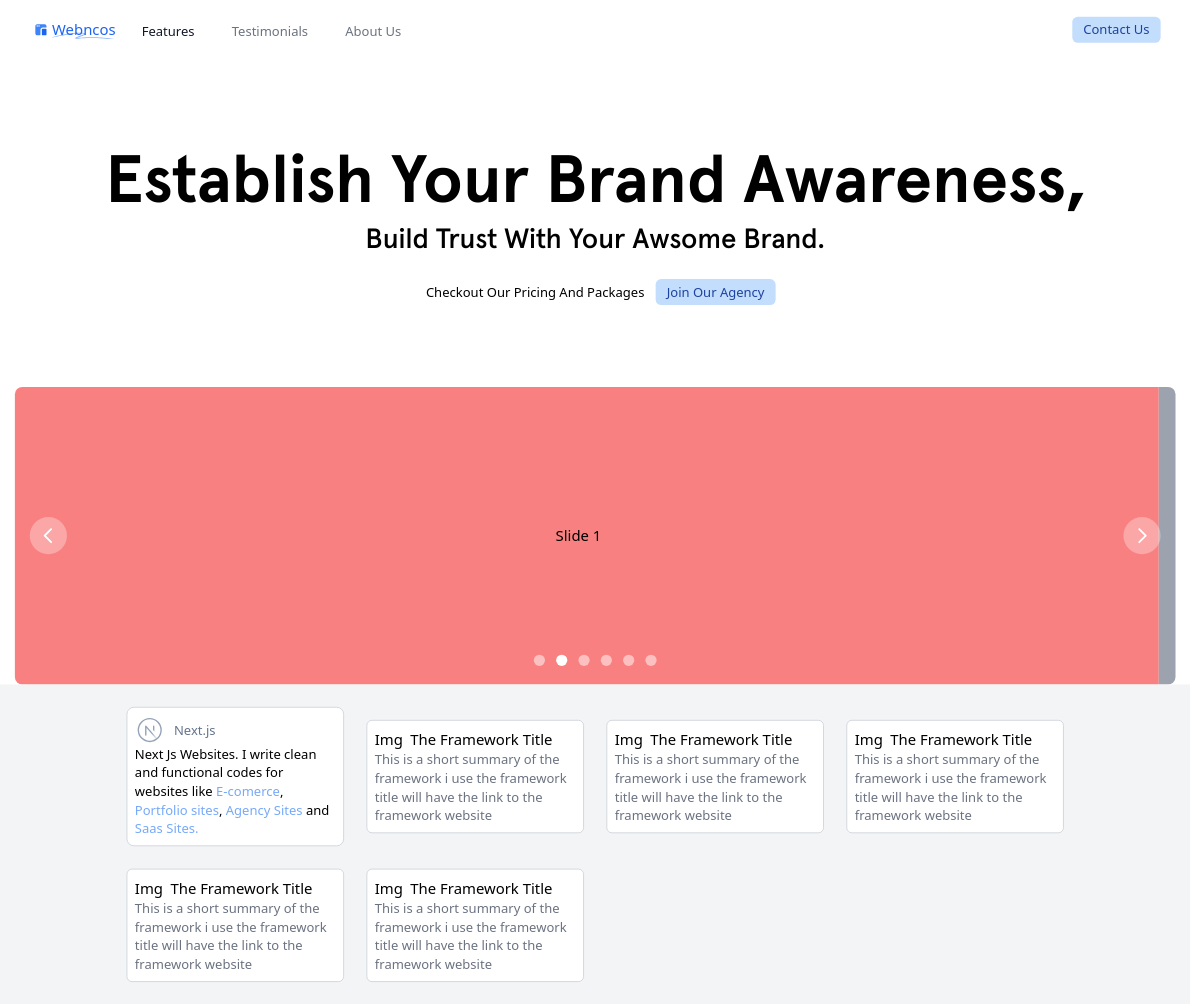
Repository: 1realjulius/webncos
Page: /
An editor plug-in stored every save of this project. The page is shown before and after the next save, followed by the edit.
The browser window is 1280 px wide. The pictures show the whole page, at 93% of full size.
The project was rebuilt for these pictures with package versions that can differ from the ones it lists, and the page was loaded fresh each time. A package was used in the major version that the imports need, not the one package.json lists. The framework's server and built-in components were replaced by stand-ins that run in the browser. Also part of the build but not shown: next.config.js.

Above is the page before, as saved 2022-08-24 14:33:22.

After the next save:
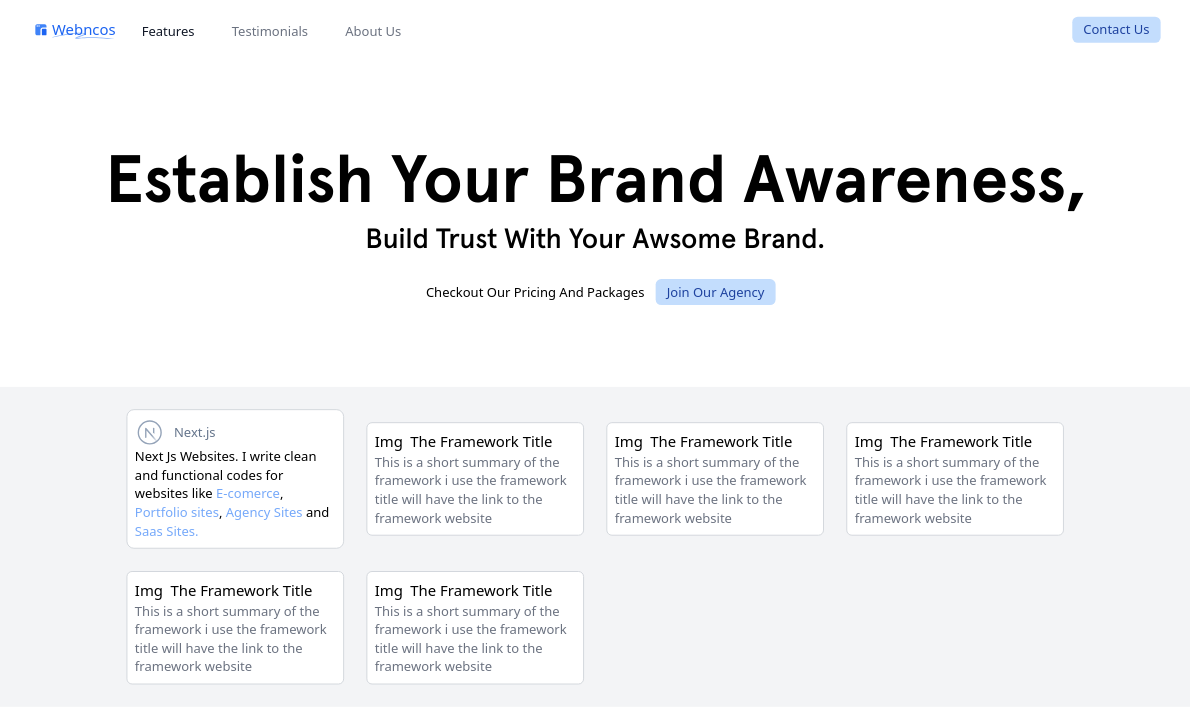
Saved 2 min 48 s later.
--- a/components/MainHome.tsx
+++ b/components/MainHome.tsx
@@ -1,6 +1,5 @@
 import Link from "next/link";
 import React from "react";
-import { Carousel } from "flowbite-react";
 
 const MainHome = () => {
   return (
@@ -30,31 +29,6 @@ const MainHome = () => {
               </Link>
             </div>
           </div>
-        </div>
-      </div>
-      {/* carosel */}
-      <div>
-        <div className="h-56 sm:h-64 xl:h-80 2xl:h-96 px-4">
-          <Carousel>
-            <div className="flex h-full items-center justify-center bg-red-400 dark:bg-gray-700 dark:text-white">
-              Slide 1
-            </div>
-            <div className="flex h-full items-center justify-center bg-gray-400 dark:bg-gray-700 dark:text-white">
-              Slide 2
-            </div>
-            <div className="flex h-full items-center justify-center bg-gray-400 dark:bg-gray-700 dark:text-white">
-              Slide 3
-            </div>
-            <div className="flex h-full items-center justify-center bg-gray-400 dark:bg-gray-700 dark:text-white">
-              Slide 3
-            </div>
-            <div className="flex h-full items-center justify-center bg-gray-400 dark:bg-gray-700 dark:text-white">
-              Slide 3
-            </div>
-            <div className="flex h-full items-center justify-center bg-gray-400 dark:bg-gray-700 dark:text-white">
-              Slide 3
-            </div>
-          </Carousel>
         </div>
       </div>
       {/* Frameworks I use */}
